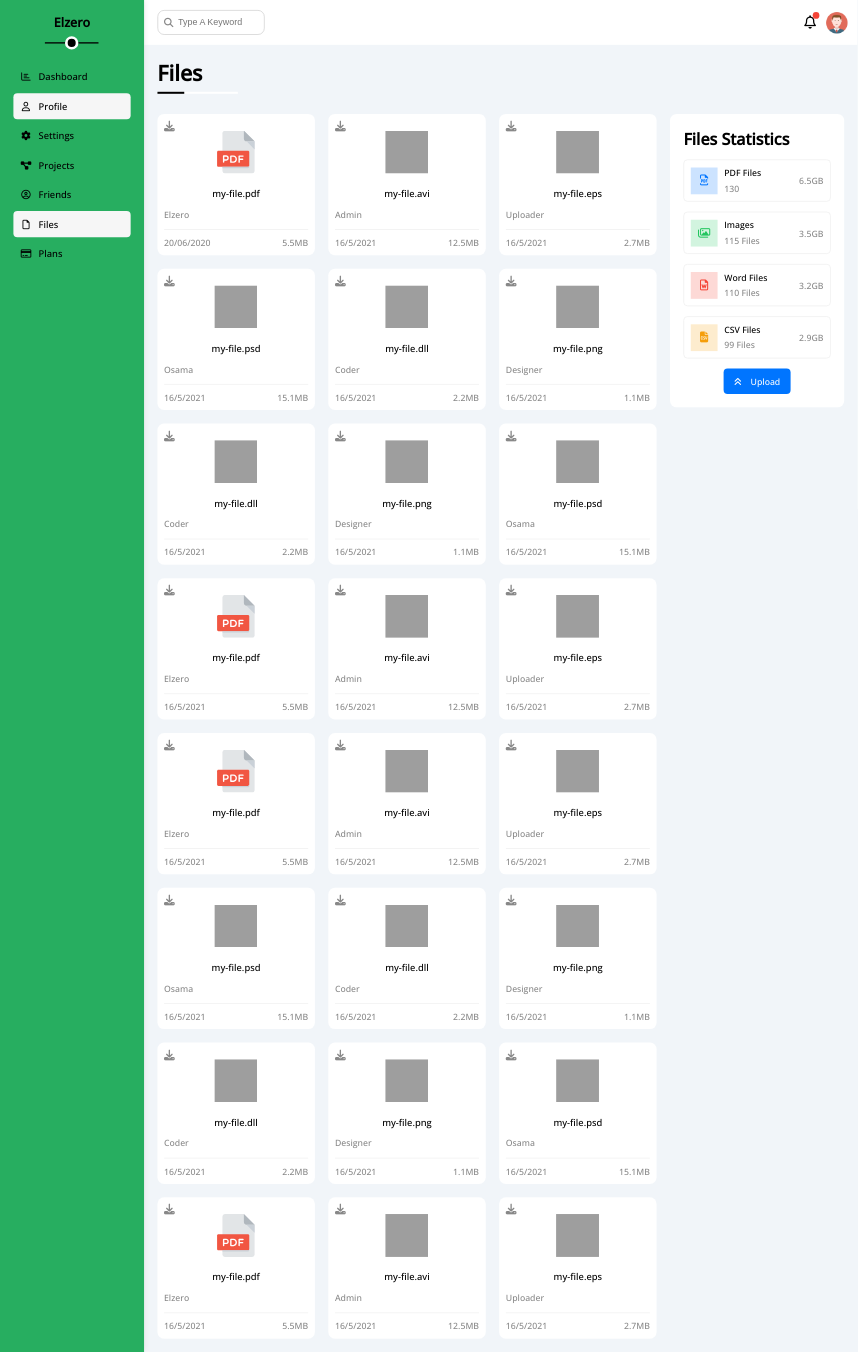
Repository: souhailaniba/Bookly
Page: public/assets/books webstie/files.html
These files come from the project's save history. The page is drawn as it stood at one moment and after the next save; the edit follows.
The browser window is 1280 px wide. The pictures show the whole page, at 67% of full size.
Pictures or frames that could not be fetched are drawn as grey boxes.

Above is the page before, as saved 2023-01-27 15:12:51.

After the next save:
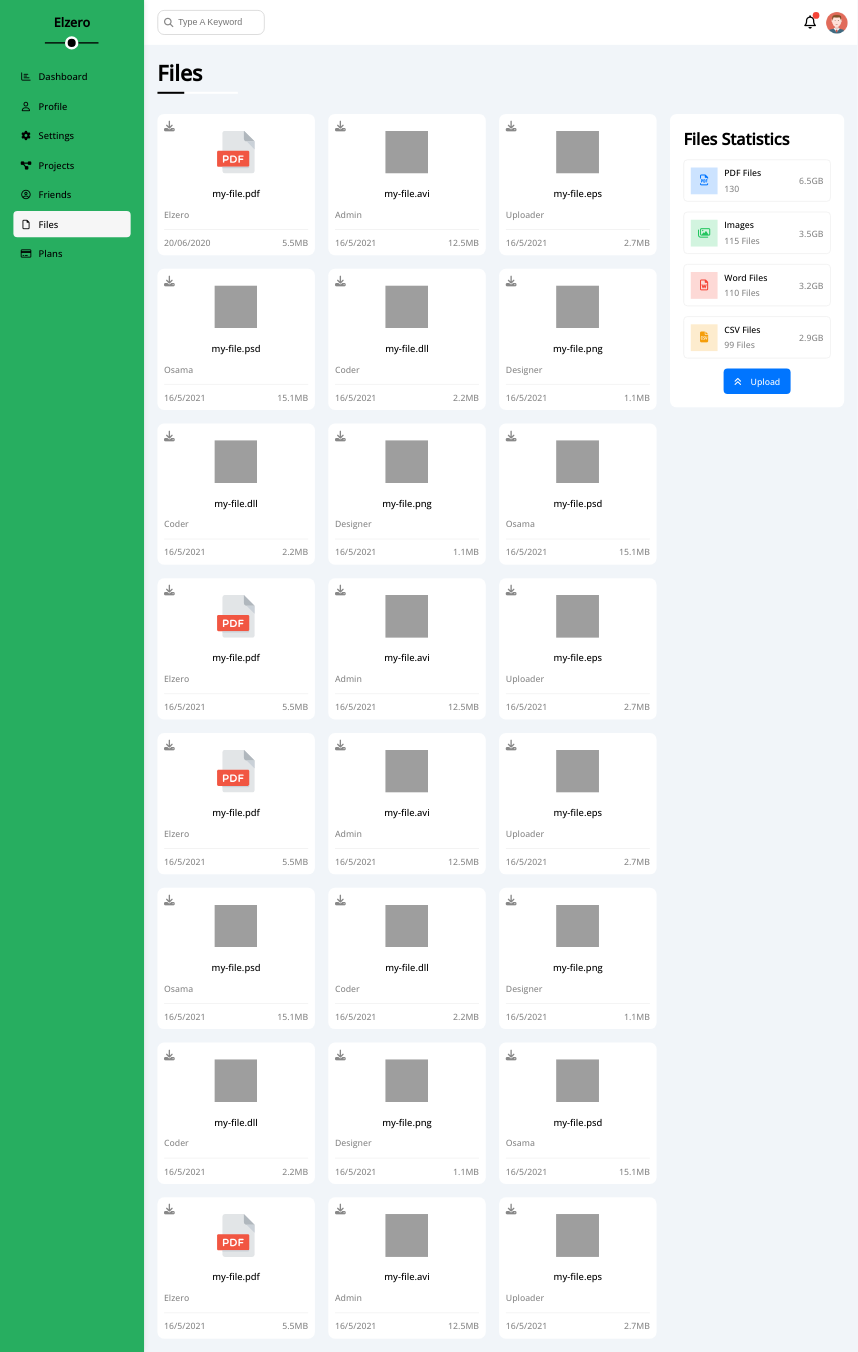
Saved 19 s later.
--- a/public/assets/books webstie/files.html
+++ b/public/assets/books webstie/files.html
@@ -24,7 +24,7 @@
             </a>
           </li>
           <li>
-            <a class="active d-flex align-center fs-14 c-black rad-6 p-10" href="profile.html">
+            <a class="d-flex align-center fs-14 c-black rad-6 p-10" href="profile.html">
               <i class="fa-regular fa-user fa-fw"></i>
               <span>Profile</span>
             </a>
